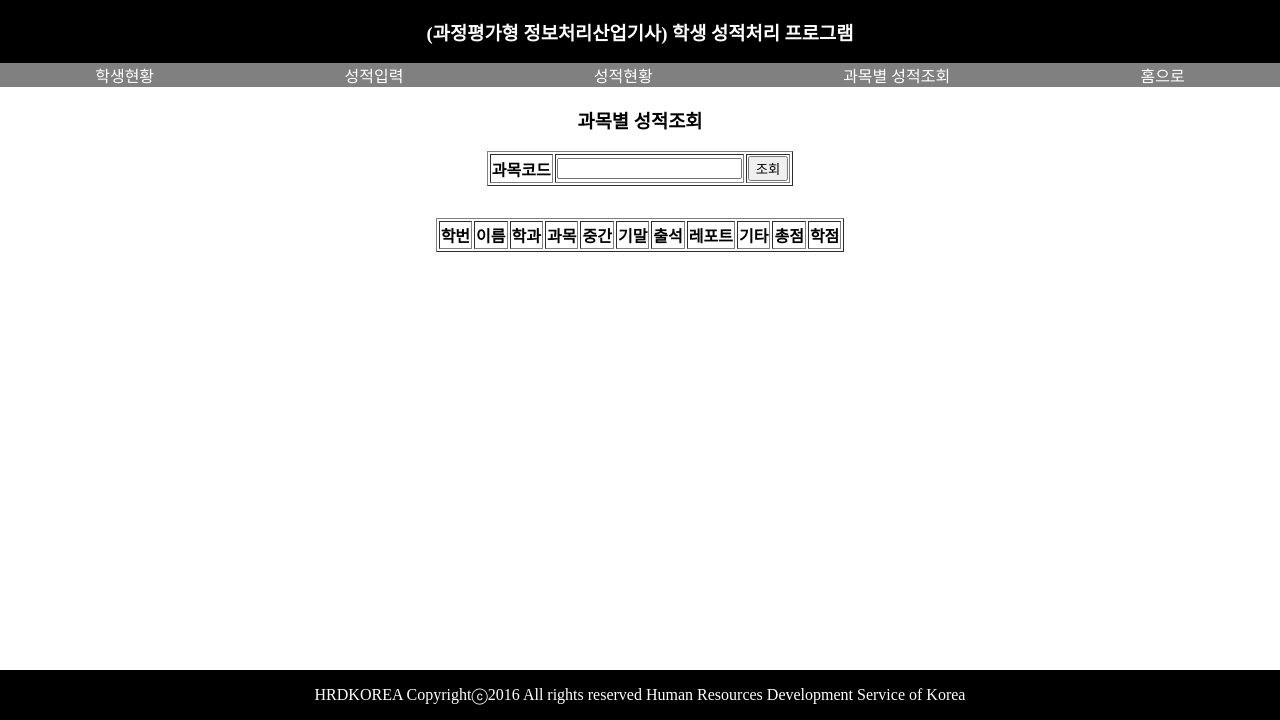
Repository: junjuny0227/jsp
Page: http://localhost/HRD_02/sub4Action.jsp
The author's editor kept a copy of each file at every save. The page is drawn from the files as they stood at one save, then again after the next save.
The browser window is 1280 px wide. The pictures show the whole page.
The page is served by Tomcat 9. Queries for data that is not in the repository find no rows.

Above is the page before, as saved 2025-05-09 07:13:37.

After the next save:
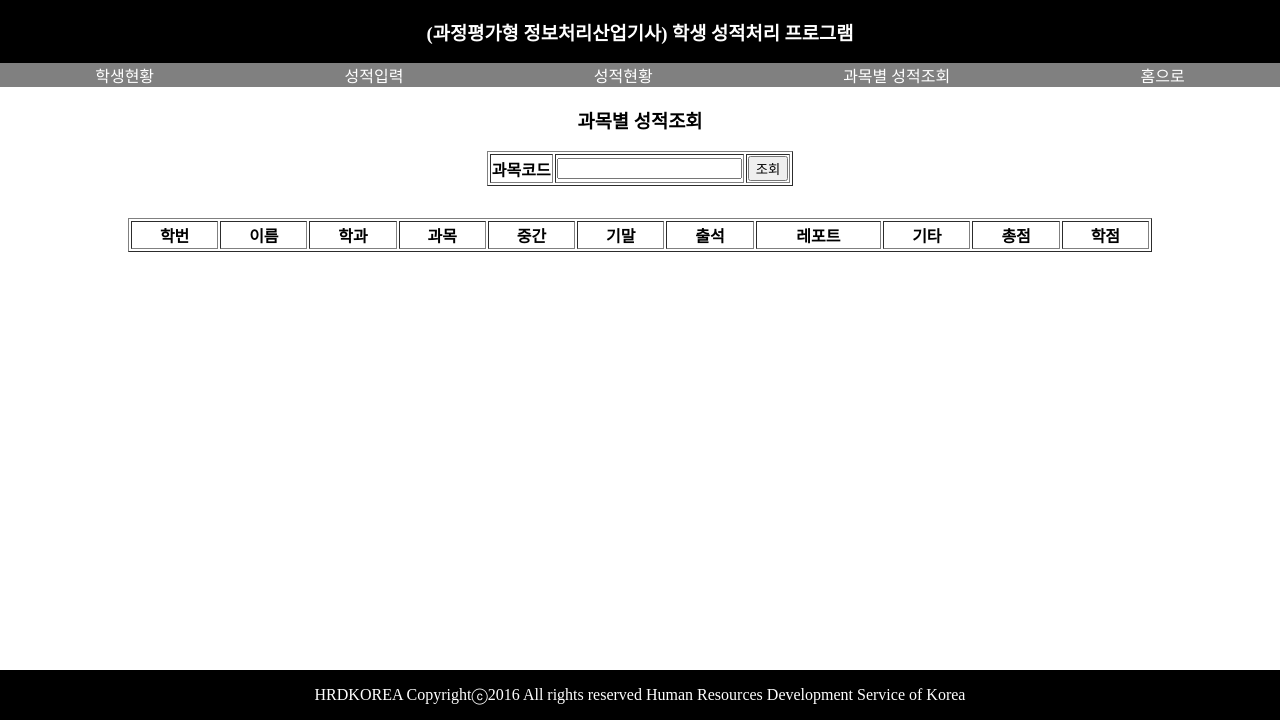
Saved 59 s later.
--- a/HRD_02/src/main/webapp/sub4Action.jsp
+++ b/HRD_02/src/main/webapp/sub4Action.jsp
@@ -51,7 +51,7 @@ List<SubjectDTO> list = dao.selectSub4(searchSubcode);
           </tr>
         </table>
       </form>
-      <table border="1">
+      <table border="1" width="80%">
         <tr>
           <th>학번</th>
           <th>이름</th>
